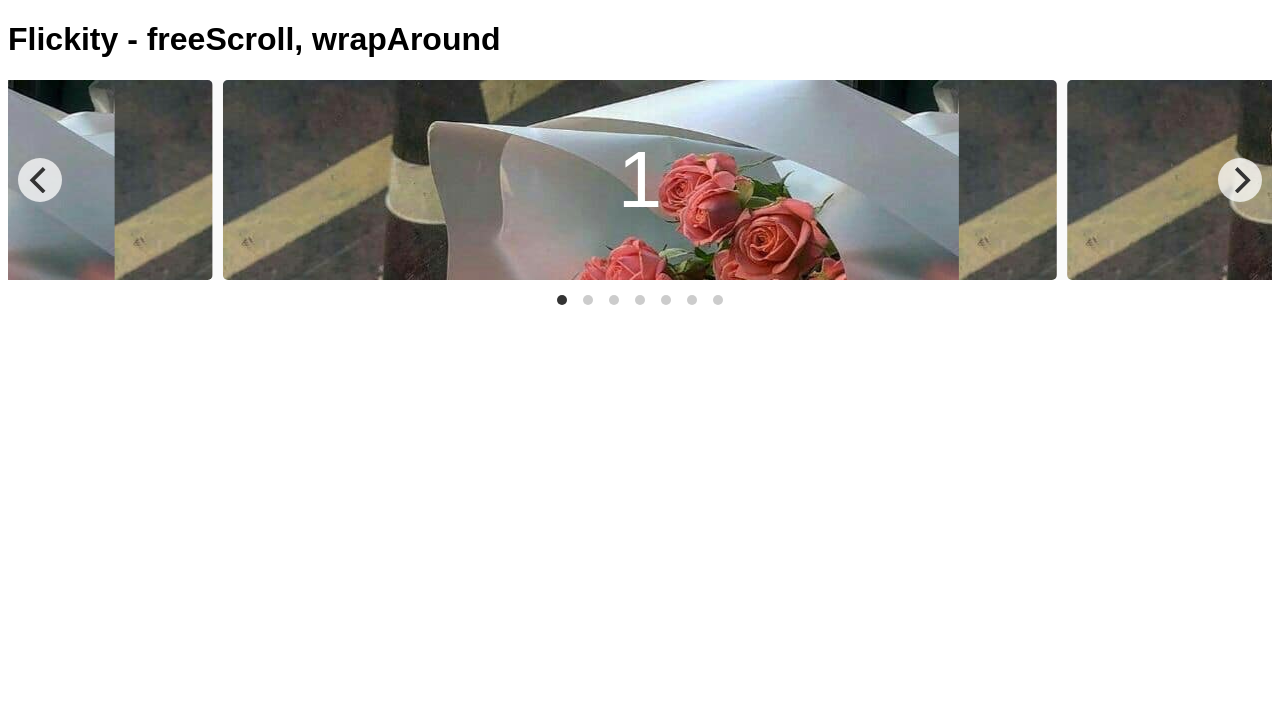
Repository: tongdkhai/Graphic-Art-Mart
Page: test/test.html
An editor plug-in stored every save of this project. The page is shown before and after the next save, followed by the edit.
The browser window is 1280 px wide. The pictures show the whole page.

Above is the page before, as saved 2022-10-25 16:58:12.

### test/test.html
<!DOCTYPE html>
<html lang="en">
  <head>
    <meta charset="UTF-8" />
    <meta http-equiv="X-UA-Compatible" content="IE=edge" />
    <meta name="viewport" content="width=device-width, initial-scale=1.0" />
    <title>Document</title>
    <link
      rel="stylesheet"
      href="https://unpkg.com/flickity@2.3.0/dist/flickity.pkgd.min.js"
    />
    <link
      rel="stylesheet"
      href="https://unpkg.com/flickity@2.3.0/dist/flickity.css"
    />
    <link rel="stylesheet" href="./flickity-master/css/flickity.css" />
    <style>
      /* external css: flickity.css */

      * {
        box-sizing: border-box;
      }

      body {
        font-family: sans-serif;
      }

      .carousel {
        background: #fafafa;
      }

      .carousel-cell {
        width: 66%;
        height: 200px;
        margin-right: 10px;
        background-image: url(./image.jpg);
        object-fit: contain;
        border-radius: 5px;
        counter-increment: carousel-cell;
      }

      /* cell number */
      .carousel-cell:before {
        display: block;
        text-align: center;
        content: counter(carousel-cell);
        line-height: 200px;
        font-size: 80px;
        color: white;
      }
    </style>
  </head>
  <body>
    <h1>Flickity - freeScroll, wrapAround</h1>

    <!-- Flickity HTML init -->
    <div
      class="carousel"
      data-flickity='{ "freeScroll": true, "wrapAround": true }'
    >
      <div class="carousel-cell">
        <img src="./image.jpg" alt="" />
      </div>
      <div class="carousel-cell">
        <img src="./image.jpg" alt="" />
      </div>
      <div class="carousel-cell">
        <img src="./image.jpg" alt="" />
      </div>
      <div class="carousel-cell">
        <img src="./image.jpg" alt="" />
      </div>
      <div class="carousel-cell">
        <img src="./image.jpg" alt="" />
      </div>
      <div class="carousel-cell">
        <img src="./image.jpg" alt="" />
      </div>
      <div class="carousel-cell">
        <img src="./image.jpg" alt="" />
      </div>
    </div>
    <script type="text/javascript" src="./docs/flickity.pkgd.min.js"></script>
  </body>
</html>

### test/flickity-master/css/flickity.css
/*! Flickity v3.0.0
https://flickity.metafizzy.co
---------------------------------------------- */

.flickity-enabled {
  position: relative;
}

.flickity-enabled:focus { outline: none; }

.flickity-viewport {
  overflow: hidden;
  position: relative;
  height: 100%;
  touch-action: pan-y;
}

.flickity-slider {
  position: absolute;
  width: 100%;
  height: 100%;
  left: 0;
}

.flickity-rtl .flickity-slider {
  left: unset;
  right: 0;
}

/* draggable */

.flickity-enabled.is-draggable {
  -webkit-tap-highlight-color: transparent;
  user-select: none;
}

.flickity-enabled.is-draggable .flickity-viewport {
  cursor: move;
  cursor: grab;
}

.flickity-enabled.is-draggable .flickity-viewport.is-pointer-down {
  cursor: grabbing;
}

/* ---- flickity-cell ---- */

.flickity-cell {
  position: absolute;
  left: 0;
}

.flickity-rtl .flickity-cell {
  left: unset;
  right: 0;
}

/* ---- flickity-button ---- */

.flickity-button {
  position: absolute;
  background: hsl(0 0% 100% / 75%);
  border: none;
  color: #333;
}

.flickity-button:hover {
  background: white;
  cursor: pointer;
}

.flickity-button:focus {
  outline: none;
  box-shadow: 0 0 0 5px #19F;
}

.flickity-button:active {
  opacity: 0.6;
}

.flickity-button:disabled {
  opacity: 0.3;
  cursor: auto;
  /* prevent disabled button from capturing pointer up event. #716 */
  pointer-events: none;
}

.flickity-button-icon {
  fill: currentColor;
}

/* ---- previous/next buttons ---- */

.flickity-prev-next-button {
  top: 50%;
  width: 44px;
  height: 44px;
  border-radius: 50%;
  /* vertically center */
  transform: translateY(-50%);
}

.flickity-prev-next-button.previous { left: 10px; }
.flickity-prev-next-button.next { right: 10px; }
/* right to left */
.flickity-rtl .flickity-prev-next-button.previous {
  left: auto;
  right: 10px;
}

.flickity-rtl .flickity-prev-next-button.next {
  right: auto;
  left: 10px;
}

.flickity-prev-next-button .flickity-button-icon {
  position: absolute;
  left: 20%;
  top: 20%;
  width: 60%;
  height: 60%;
}

/* ---- page dots ---- */

.flickity-page-dots {
  position: absolute;
  width: 100%;
  bottom: -25px;
  text-align: center;
  display: flex;
  justify-content: center;
  flex-wrap: wrap;
}

.flickity-rtl .flickity-page-dots { direction: rtl; }

.flickity-page-dot {
  display: block;
  width: 10px;
  height: 10px;
  padding: 0;
  margin: 0 8px;
  background: hsl(0 0% 20% / 25%);
  border-radius: 50%;
  cursor: pointer;
  appearance: none;
  border: none;
  text-indent: -9999px;
  overflow: hidden;
}

.flickity-rtl .flickity-page-dot {
  text-indent: 9999px;
}

.flickity-page-dot:focus {
  outline: none;
  box-shadow: 0 0 0 5px #19F;
}

.flickity-page-dot.is-selected {
  background: hsl(0 0% 20% / 100%);
}

Loaded but not shown: test/docs/flickity.pkgd.min.js (library)

After the next save:
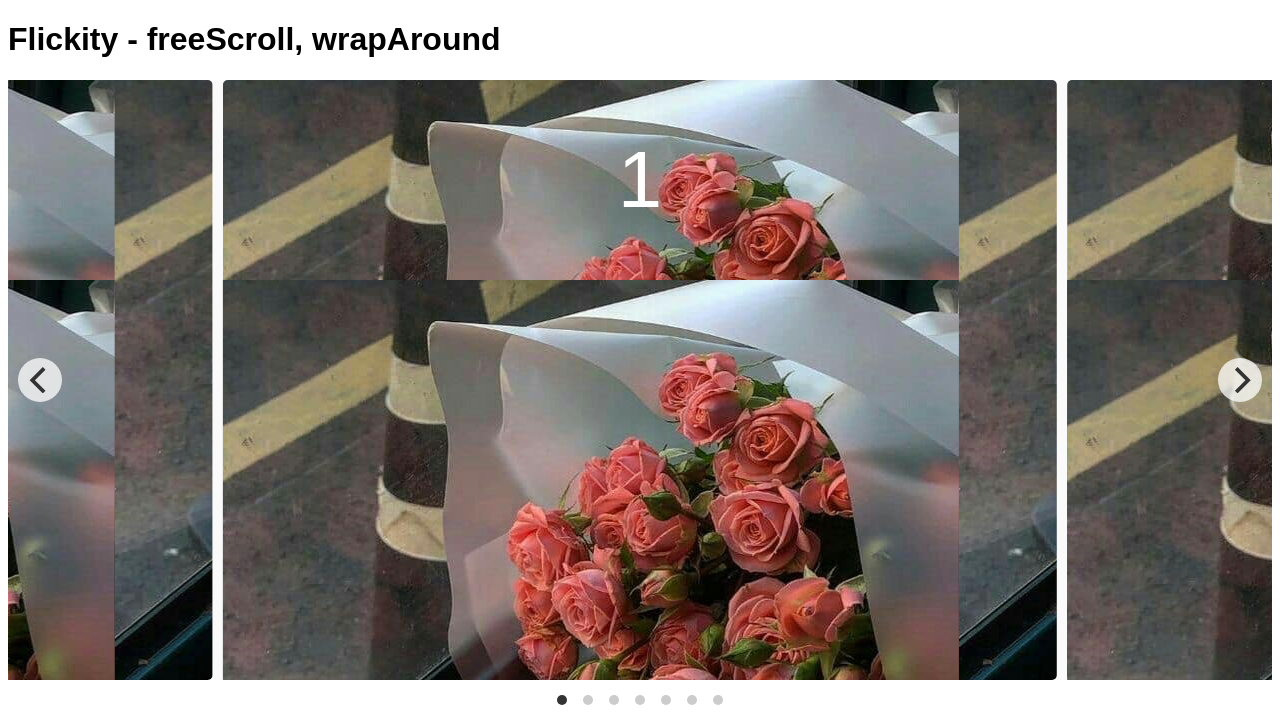
Saved 16 s later.
--- a/test/test.html
+++ b/test/test.html
@@ -31,7 +31,7 @@
 
       .carousel-cell {
         width: 66%;
-        height: 200px;
+        height: 600px;
         margin-right: 10px;
         background-image: url(./image.jpg);
         object-fit: contain;
